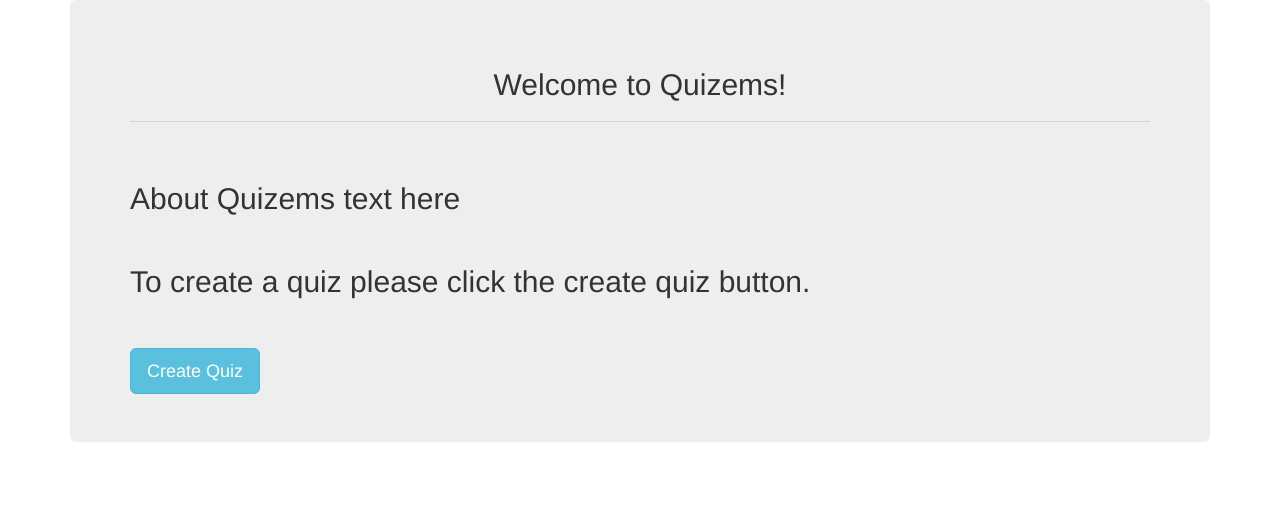
Repository: phillipdacosta/QuizemsNew
Page: /
An editor plug-in stored every save of this project. The page is shown before and after the next save, followed by the edit.
The browser window is 1280 px wide. The pictures show the whole page.
Some web libraries are served in a nearby version. The project was rebuilt for these pictures with package versions that can differ from the ones it lists, and the page was loaded fresh each time. Also part of the build but not shown: angular.json, src/app/professor/professor.component.ts, src/app/data.service.ts, src/app/question.model.ts, src/app/quiz/quiz.component.ts, src/app/student/student.component.ts, src/app/questions/questions.component.ts, src/app/question-display/question-display.component.ts and 1 more.

Above is the page before, as saved 2019-06-30 16:14:10.

After the next save:
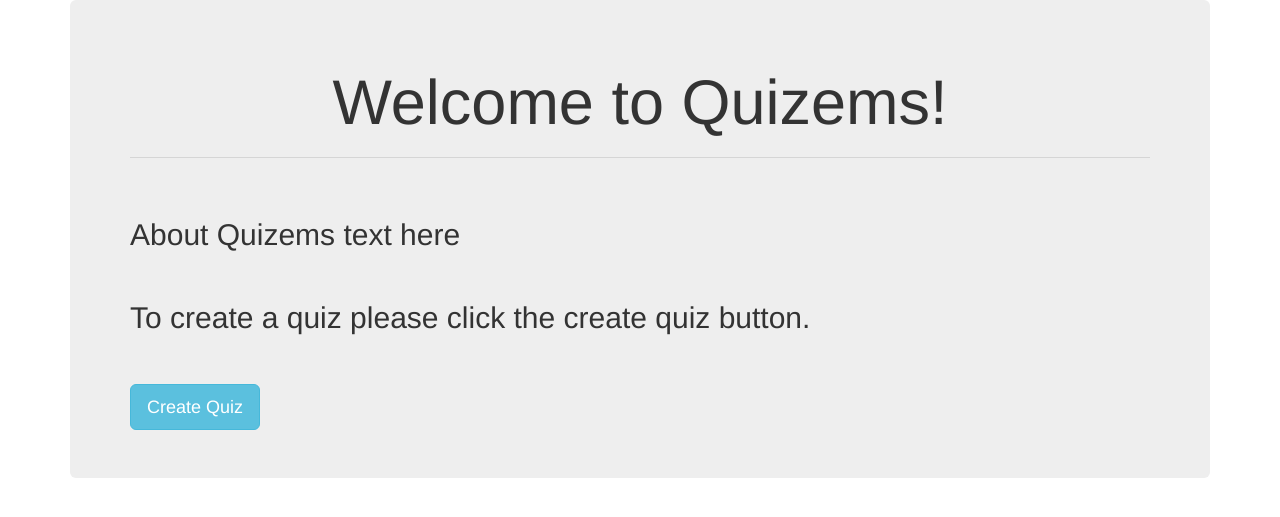
Saved 18 s later.
--- a/src/app/about/about.component.html
+++ b/src/app/about/about.component.html
@@ -5,10 +5,10 @@
 
 
 
-<h2 class = "welcomeText">
+<h1 class = "welcomeText">
 
      Welcome to Quizems!
-  </h2>
+  </h1>
 
   <hr>
   <br>
